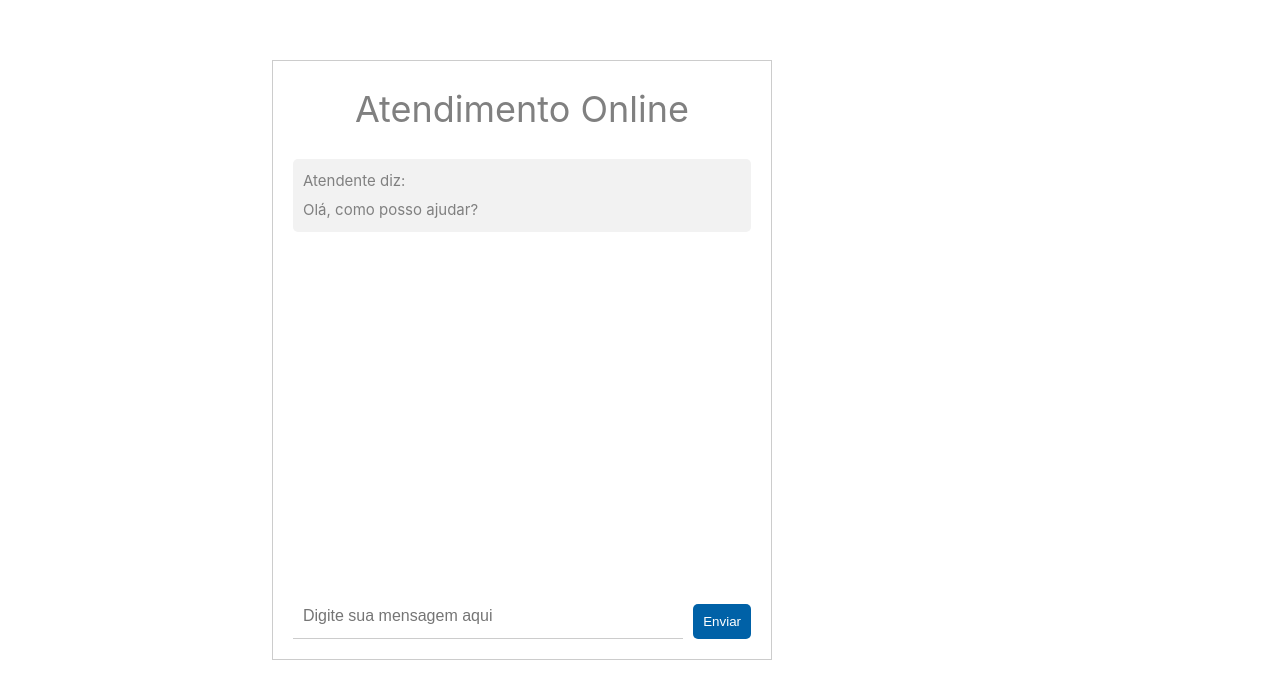
Repository: GabrielGuinzani/vueChat
Page: /
These files come from the project's save history. The page is drawn as it stood at one moment and after the next save; the edit follows.
The browser window is 1280 px wide. The pictures show the whole page.
The pointer rests on the first visible `.botao`.
Some web libraries are served in a nearby version. The project was rebuilt for these pictures with package versions that can differ from the ones it lists, and the page was loaded fresh each time. Also part of the build but not shown: vite.config.js.

Above is the page before, as saved 2023-04-18 21:55:39.

### index.html

<!DOCTYPE html>
<html lang="pt-br">
<head>
  <meta charset="UTF-8">
  <title>Vue Chat App</title>
  <script src="https://unpkg.com/vue@3.2.6/dist/vue.global.js"></script>
</head>
<body>
  <div id="app">
  </div>

  <script type="module" src="/src/main.js"></script>
</body>
</html>

### src/App.vue

<template>
  <div id="chat-screen">
    <div class="titulo">
      <h2>Atendimento Online</h2>
    </div>
    <div class="messages-list" ref="messagesList">
      <div class="message-item message-fixed">
        <div class="msg-user"><strong>Atendente diz:</strong></div>
        <div class="msg-chat">Olá, como posso ajudar?</div>
      </div>
      <div v-for="(message, index) in messages" :key="index" :class="[message.type === 'user' ? 'message-item2' : 'message-item']">
        <div class="msg-user" v-if="message.type === 'user'"><strong>{{ message.author }} diz:</strong></div>
        <div class="msg-chat">{{ message.text }}</div>
      </div>
    </div>
    <form id="form-chat-send" @submit.prevent="sendMessage">
      <input id="message" type="text" class="typebar" v-model="messageText" placeholder="Digite sua mensagem aqui">
      <button type="submit" class="botao">Enviar</button>
    </form>
  </div>
</template>


<script>
export default {
  data() {
    return {
      messages: [],
      messageText: ''
    }
  },
  methods: {
    sendMessage() {
      const messageText = this.messageText.trim();
      if (messageText !== '') {
        this.messages.push({
          type: 'user',
          author: 'Você',
          text: messageText
        });
        this.messageText = '';
        this.$nextTick(() => {
          this.scrollToBottom();
        });
      }
    },
    scrollToBottom() {
      this.$refs.messagesList.scrollTop = this.$refs.messagesList.scrollHeight;
    }
  }
}
</script>

<style>
body {
  display: flex;
  justify-content: center;
  align-items: center;
  height: 600px;
}

#app {
  width: 800px;
  height: 600px;
}

#chat-screen {
  width: 500px;
  height: 600px;
  margin: 0 auto;
  border: 1px solid #ccc;
  background-color: #fff;
  padding: 20px;
  display: flex;
  flex-direction: column;
}

.titulo {
  text-align: center;
  font-size: 24px;
  margin-bottom: 20px;
  color: gray;
}

.messages-list {
  flex: 1;
  overflow-y: auto;
}

.message-item {
  background-color: #f2f2f2;
  border-radius: 5px;
  padding: 10px;
  margin-bottom: 10px;
  color: gray;
}

.message-item2 {
  background-color: #e6f7ff;
  border-radius: 5px;
  padding: 10px;
  margin-bottom: 10px;
  color: gray;
}

.msg-user {
  margin-bottom: 5px;
  color: gray;
}

.msg-chat {
  color: gray;
}

.typebar {
  width: 100%;
  padding: 10px;
  border: none;
  border-bottom: 1px solid #ccc;
  margin-right: 10px;
  font-size: 16px;
  color: gray;
}

.botao {
  background-color: #4CAF50;
  color: #fff;
  border: none;
  border-radius: 5px;
  padding: 10px;
  margin-top: 10px;
  cursor: pointer;
}


  .botao:hover {
    background-color: #0061a7;
    cursor: pointer;
  }

  #form-chat-send {
    display: flex;
    justify-content: center;
    margin-top: 20px;
  }
</style>

Loaded but not shown: src/main.js (common file); src/assets/main.css (common file); src/assets/base.css (common file)

After the next save:
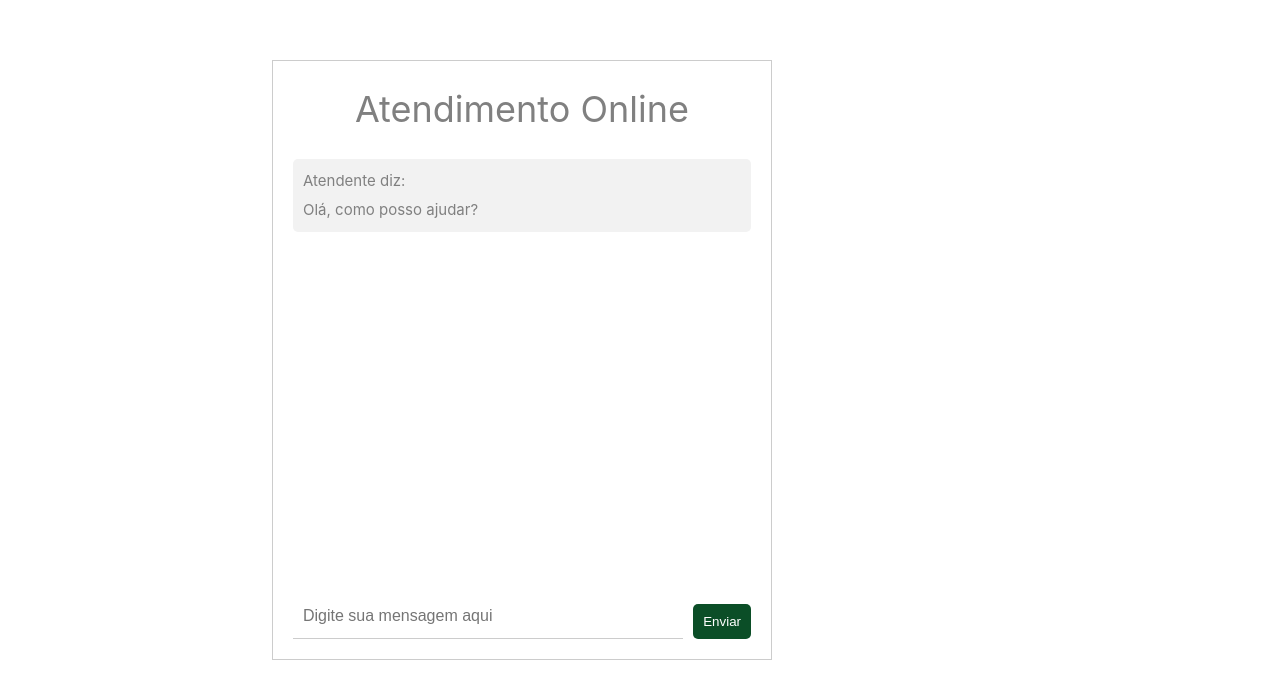
Saved 13 h 53 min later.
--- a/src/App.vue
+++ b/src/App.vue
@@ -135,7 +135,7 @@ body {
 
 
   .botao:hover {
-    background-color: #0061a7;
+    background-color: #0b4e27;
     cursor: pointer;
   }
 
